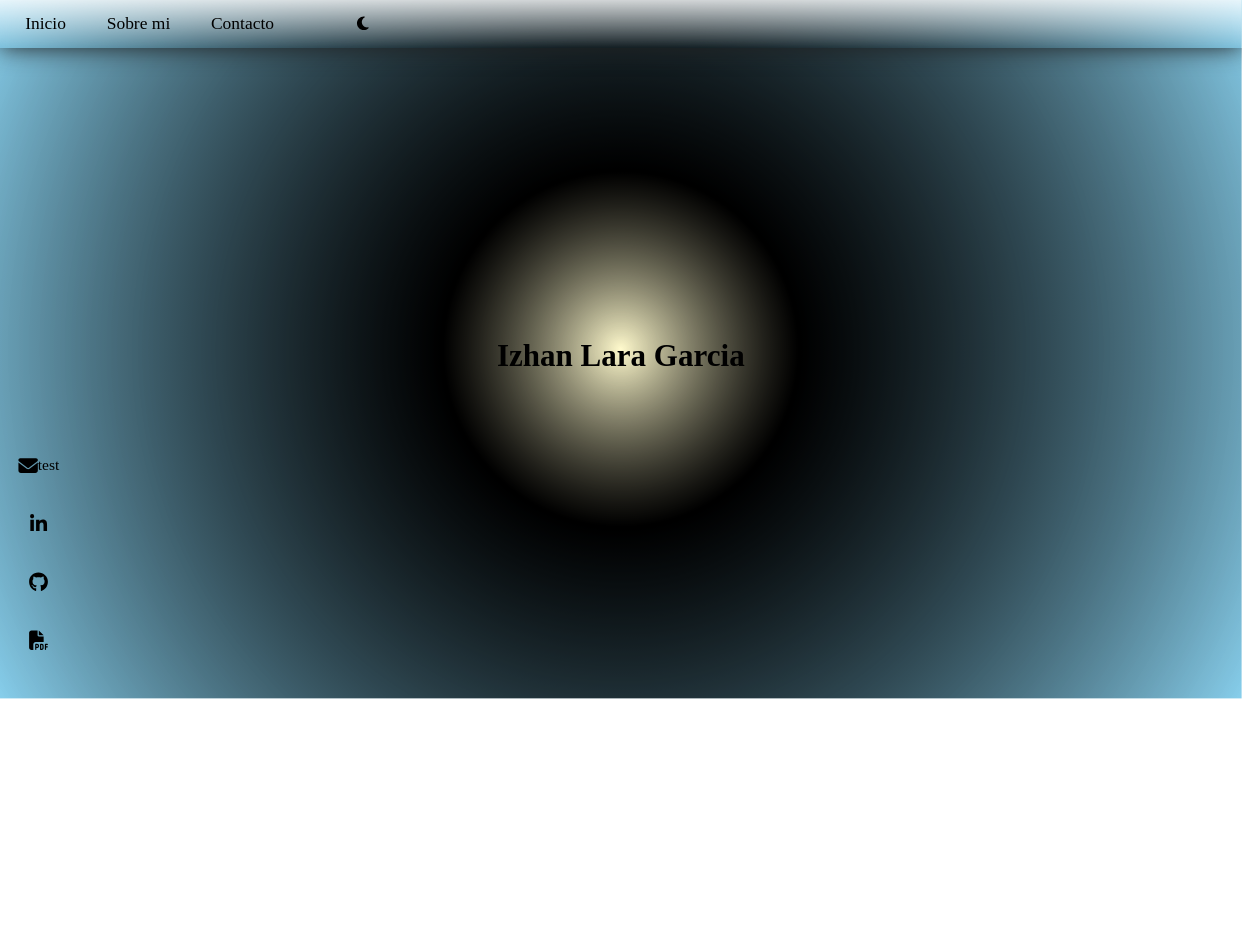
Repository: izhanlaraagarcia/izhanlaraagarcia.github.io
Page: / (app in vite-project/)
These files come from the project's save history. The page is drawn as it stood at one moment and after the next save; the edit follows.
The browser window is 1280 px wide. The pictures show the whole page, at 97% of full size.
The project was rebuilt for these pictures with package versions that can differ from the ones it lists, and the page was loaded fresh each time. Also part of the build but not shown: vite-project/vite.config.js, vite-project/src/pages/About/styles/about.scss, vite-project/src/pages/About/about.jsx, vite-project/src/pages/Contact/contact.jsx.

Above is the page before, as saved 2024-08-19 14:26:20.

### vite-project/index.html
<!doctype html>
<html lang="en">
  <head>
    <meta charset="UTF-8" />
    <meta name="viewport" content="width=device-width, initial-scale=1.0" />
    <title>Izhan Lara Garcia</title>
  </head>
  <body>
    <div id="root"></div>
    <script type="module" src="/src/main.jsx"></script>
  </body>
</html>

### vite-project/src/App.jsx
import React from "react";
import { BrowserRouter as Router, Route, Routes } from "react-router-dom";
import Menu from "./Componentes-Generales/menu.jsx";
import Inicio from "./Home/Inicio.jsx";
import About from "./pages/About/about.jsx";
import Contact from "./pages/Contact/contact.jsx";
import { ThemeProvider } from "./Constants/themaContext.jsx";

import { library } from "@fortawesome/fontawesome-svg-core";
import { fas } from "@fortawesome/free-solid-svg-icons";

library.add(fas);

class App extends React.Component {
  render() {
    return (
      <ThemeProvider>
        <Router>
          <Menu />
          <Routes>
            <Route path="/" element={<Inicio />} />
            <Route path="/sobre-mi" element={<About />} />
            <Route path="/contacto" element={<Contact />} />
          </Routes>
        </Router>
      </ThemeProvider>
    );
  }
}

export default App;

### vite-project/src/index.css
/* :root {
  font-family: Inter, system-ui, Avenir, Helvetica, Arial, sans-serif;
  line-height: 1.5;
  font-weight: 400;

  color-scheme: light dark;
  color: rgba(255, 255, 255, 0.87);
  background-color: #242424;

  font-synthesis: none;
  text-rendering: optimizeLegibility;
  -webkit-font-smoothing: antialiased;
  -moz-osx-font-smoothing: grayscale;
}

a {
  font-weight: 500;
  color: #646cff;
  text-decoration: inherit;
}

a:hover {
  color: #535bf2;
}



h1 {
  font-size: 3.2em;
  line-height: 1.1;
}

button {
  border-radius: 8px;
  border: 1px solid transparent;
  padding: 0.6em 1.2em;
  font-size: 1em;
  font-weight: 500;
  font-family: inherit;
  background-color: #1a1a1a;
  cursor: pointer;
  transition: border-color 0.25s;
}

button:hover {
  border-color: #646cff;
}

button:focus,
button:focus-visible {
  outline: 4px auto -webkit-focus-ring-color;
}

@media (prefers-color-scheme: light) {
  :root {
    color: #213547;
    background-color: #ffffff;
  }

  a:hover {
    color: #747bff;
  }

  button {
    background-color: #f9f9f9;
  }
} */

body {
  right: 0;
  margin: 0%;
  width: 100%;
  margin-top: 20%;
  text-align: center;
  min-width: 320px;
  min-height: 100vh;

}

button {
  border-radius: 8px;
  border: 1px solid transparent;
  padding: 0.6em 1.2em;
  font-size: 1em;
  font-weight: 500;
  font-family: inherit;
  background-color: #1a1a1a;
  cursor: pointer;
  transition: border-color 0.25s;
}

### vite-project/src/Componentes-Generales/menu.jsx
import React from "react";
import { Link } from "react-router-dom";
import "./styles/menu.scss";
import TemaComponent from "./thema";
import { useTheme } from "../Constants/themaContext";

// import { LANGUAGES } from "../Constants/lenguaje";

const Menu = () => {
  const { dark } = useTheme();
  return (
    <header>
      <nav className={`menu ${dark ? 'dark-mode' : 'light-mode'}`}>
        <ul>
          <li>
            <Link to="/">Inicio</Link>
            <i className="fas fa-address-card" aria-hidden="true"></i>
          </li>
          <li>
            <Link to="/sobre-mi">Sobre mi</Link>
          </li>
          <li>
            <Link to="/contacto">Contacto</Link>
          </li>
          <li>
            <TemaComponent />
          </li>
        </ul>
      </nav>
    </header>
  );
};

export default Menu;

### vite-project/src/Home/Inicio.jsx
import React from "react";
import "./Styles/estilos.scss";
import Background from "../Componentes-Generales/background";

import SocialMedia from '../Componentes-Generales/social';


const Inicio = () => {
  return (
    <div className="portfolio">
      <header>
        <h1>Izhan Lara Garcia</h1>
      </header>
      <div className="social-media-container">
        <SocialMedia/>
      </div>
      <Background/>
    </div>
  );
};

export default Inicio;

### vite-project/src/Constants/themaContext.jsx
import React, { createContext, useState, useContext } from "react";

const ThemeContext = createContext();

export const useTheme = () => useContext(ThemeContext);

export const ThemeProvider = ({ children }) => {
  const [dark, setDark] = useState(false);

  const toggleTheme = () => {
    setDark((prevDark) => !prevDark);
  };

  return (
    <ThemeContext.Provider value={{ dark, toggleTheme }}>
      {children}
    </ThemeContext.Provider>
  );
};

### vite-project/src/Componentes-Generales/styles/menu.scss
/* src/Componentes-Generales/styles/menu.css */

nav {
  top: 0;
  right: 0;
  margin: 0;
  padding: 0;
  position: fixed;
  width: 100%;
  background: linear-gradient(to bottom, rgba(255, 255, 255, 0.8), rgba(255, 255, 255, 0)) no-repeat;
  backdrop-filter: blur(5px);
  box-shadow: 0px 0px 25px #222;
  z-index: 10;

}

nav ul {
  list-style-type: none;
  padding: 0;
  margin: 0;
  display: flex;
  align-items: center;
}

nav li {
  margin-left: 10px;
}

nav a {
  display: flex;
  align-items: center;
  text-align: center;
  padding: 14px 16px;
  text-decoration: none;
  font-size: 18px;
  color: inherit;
  position: relative;
  overflow: hidden;
  transition: color 0.3s;
}

nav a:hover {
  color: #00aaff;
}

.fa-icon {
  margin-left: 8px;
}

.light-mode {
  color: black;
}

.dark-mode {
  color: white;
}

body {
  transition: background-color 0.5s, color 0.5s;
}

#tema {
  margin-left: 10px;
}

### vite-project/src/Componentes-Generales/thema.jsx
// TemaComponent.jsx
import React from "react";
import { FontAwesomeIcon } from "@fortawesome/react-fontawesome";
import { faSun, faMoon } from "@fortawesome/free-solid-svg-icons";
import { useTheme } from "../Constants/themaContext"; // Asegúrate de importar correctamente

const TemaComponent = () => {
  const { dark, toggleTheme } = useTheme();

  const handleClick = () => {
    toggleTheme();
    if (dark) {
      document.body.style.backgroundColor = "white";
      document.body.classList.remove("dark-mode");
      document.body.classList.add("light-mode");
    } else {
      document.body.style.backgroundColor = "black";
      document.body.classList.remove("light-mode");
      document.body.classList.add("dark-mode");
    }
  };

  return (
    <button
      id="tema"
      style={{
        cursor: "pointer",
        background: "none",
        border: "none",
        outline: "none",
        marginLeft: "80%",
      }}
      onClick={handleClick}
      aria-label={dark ? "Cambiar al modo claro" : "Cambiar al modo oscuro"}
    >
      <FontAwesomeIcon
        icon={dark ? faSun : faMoon}
        style={{ color: dark ? "white" : "inherit" }}
      />
    </button>
  );
};

export default TemaComponent;

### vite-project/src/Home/Styles/estilos.scss
h1 {
  text-align: center;
}

h1 {
  position: absolute;
  top: 48%;
  left: 50%;
  transform: translate(-50%, -50%);
  text-align: center;
}

### vite-project/src/Componentes-Generales/background.jsx
import React from "react";
import "./styles/background.scss";

class Background extends React.Component {
  render() {
    return (
      <div></div>
    );
  }
}

export default Background;

### vite-project/src/Componentes-Generales/social.jsx
import React from 'react';
import "./styles/social.scss";
import { FontAwesomeIcon } from '@fortawesome/react-fontawesome';
import { faEnvelope, faFilePdf } from '@fortawesome/free-solid-svg-icons';
import { faLinkedinIn, faGithub } from '@fortawesome/free-brands-svg-icons';

const SocialMedia = () => {
  return (
    <div className="social-media-container">
      <ul>
        <li>
          <a href="mailto:izhanlaragarcia@gmail.com" target="_blank" rel="noopener noreferrer">
            <FontAwesomeIcon icon={faEnvelope} size="lg" />
            test
          </a>
        </li>
        <li>
          <a href="https://www.linkedin.com/in/izhan-lara-garcia/" target="_blank" rel="noopener noreferrer">
            <FontAwesomeIcon icon={faLinkedinIn} size="lg" />
          </a>
        </li>
        <li>
          <a href="https://github.com/izhanlaraagarcia" target="_blank" rel="noopener noreferrer">
            <FontAwesomeIcon icon={faGithub} size="lg" />
          </a>
        </li>
        <li>
          <a href="/IzhanLaraGarcia.pdf" target="_blank" rel="noopener noreferrer">
            <FontAwesomeIcon icon={faFilePdf} size="lg" />
          </a>
        </li>
      </ul>
    </div>
  );
};

export default SocialMedia;

### vite-project/src/Componentes-Generales/styles/background.scss
html, body { height: 100%; }

body {
    background: radial-gradient(circle, lemonchiffon, black 25%, skyblue);
    background-repeat: no-repeat;
    background-size: cover;
    height: 100vh;
    margin:  0;
}

body:after {
    content: '';
    position: absolute;
    top: 0; right: 0; left: 0; bottom: 0;
    background: radial-gradient(circle, transparent, black 25%, transparent);
    animation: color 1.5s infinite ease-out alternate;
    opacity: 0;
}

@keyframes color {
    0% {  background: radial-gradient(circle, transparent, black 25%, transparent); }
    100% { opacity: 1; }
}

### vite-project/src/Componentes-Generales/styles/social.scss
.social-media-container {
  position: absolute;
  bottom: 0;
  left: 0;
  padding: 20px;
  z-index: 10; /* Asegúrate de que el contenedor esté por encima de otros elementos */

  ul {
    list-style: none;
    padding: 0;
    margin: 0;
    text-align: left;
  }

  li {
    margin-bottom: 20px;
  }

  a {
    color: black;
    text-decoration: none;
    display: inline-flex; /* Asegura que el área del enlace cubra el icono */
    align-items: center;
    width: 40px; /* Ajusta según sea necesario */
    height: 40px; /* Ajusta según sea necesario */
    justify-content: center;
    cursor: pointer;

    &:hover {
      color: #ccc;
    }
  }

  .fa-icon, .fa {
    font-size: 30px;
    margin-right: 10px;
  }
}

Loaded but not shown: vite-project/src/main.jsx (common file)

After the next save:
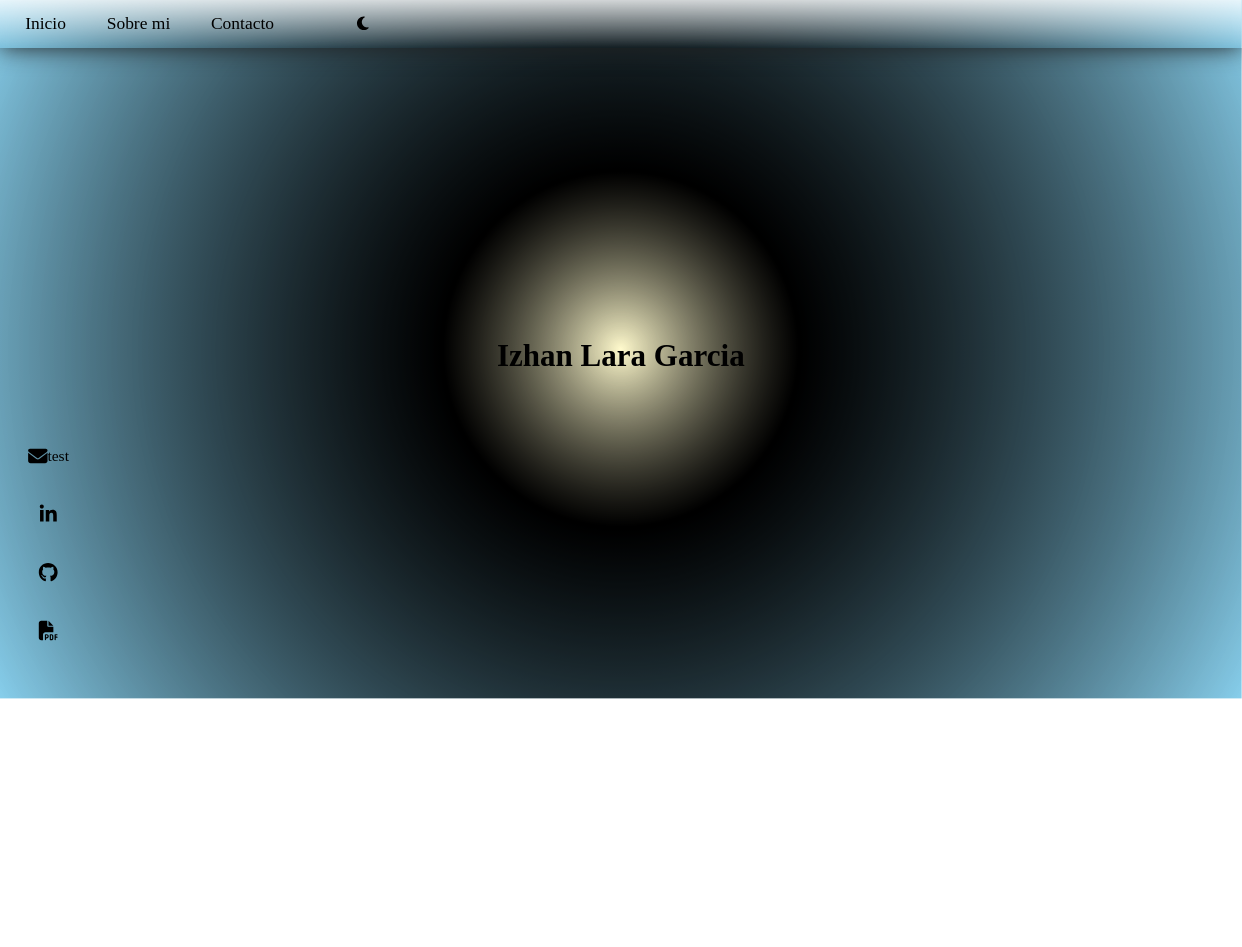
Saved 7 s later.
--- a/vite-project/src/Componentes-Generales/styles/social.scss
+++ b/vite-project/src/Componentes-Generales/styles/social.scss
@@ -36,3 +36,12 @@
     margin-right: 10px;
   }
 }
+
+.social-media-container {
+  position: fixed;
+  bottom: 20px; /* Ajusta según sea necesario */
+  left: 20px; /* Ajusta según sea necesario */
+  padding: 10px;
+  z-index: 10;
+  background: transparent; /* Asegúrate de que no haya un fondo que interfiera */
+}

After the save that followed:
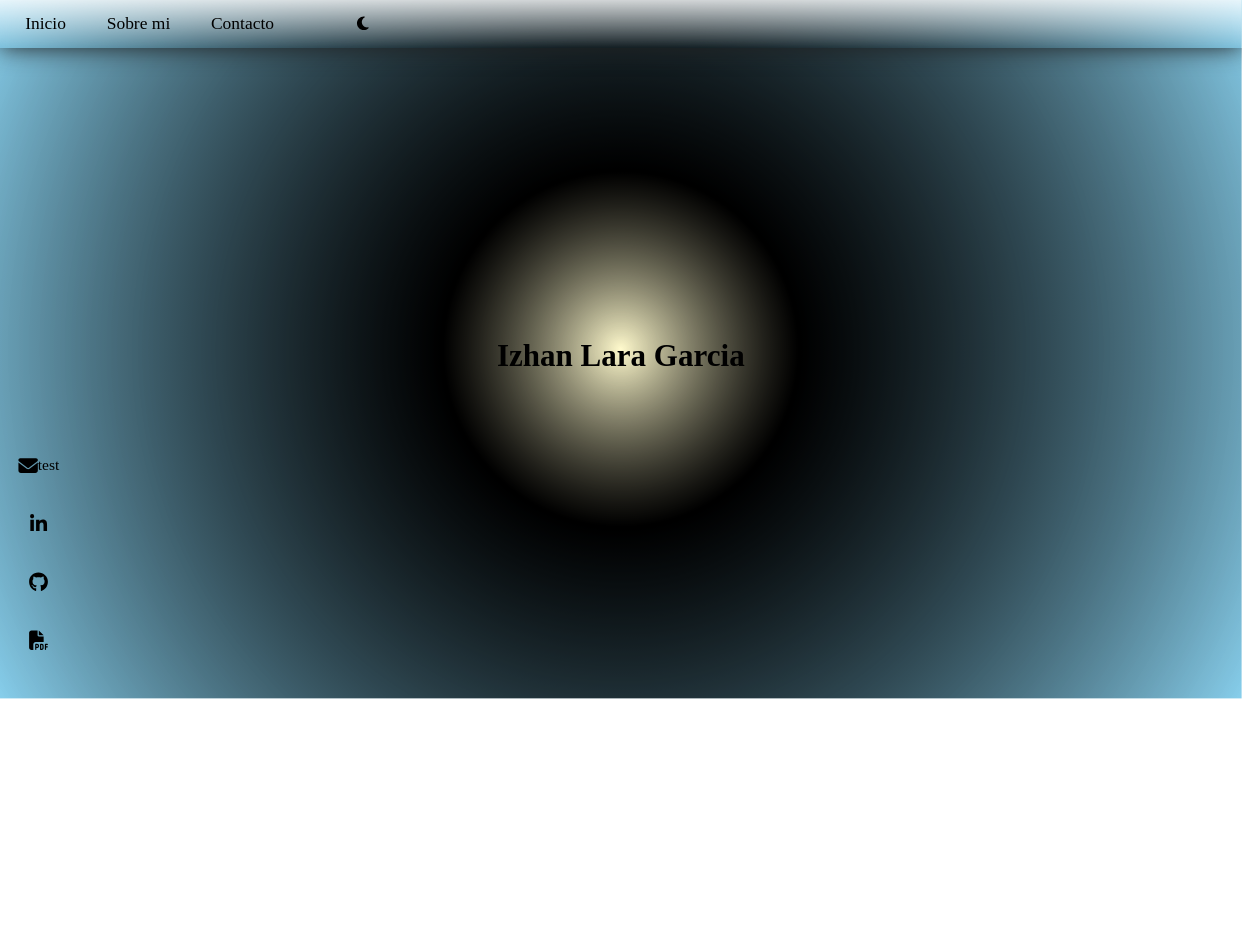
Saved 8 s later.
--- a/vite-project/src/Componentes-Generales/styles/social.scss
+++ b/vite-project/src/Componentes-Generales/styles/social.scss
@@ -37,11 +37,11 @@
   }
 }
 
-.social-media-container {
-  position: fixed;
-  bottom: 20px; /* Ajusta según sea necesario */
-  left: 20px; /* Ajusta según sea necesario */
-  padding: 10px;
-  z-index: 10;
-  background: transparent; /* Asegúrate de que no haya un fondo que interfiera */
-}
+// .social-media-container {
+//   position: fixed;
+//   bottom: 20px; /* Ajusta según sea necesario */
+//   left: 20px; /* Ajusta según sea necesario */
+//   padding: 10px;
+//   z-index: 10;
+//   background: transparent; /* Asegúrate de que no haya un fondo que interfiera */
+// }
